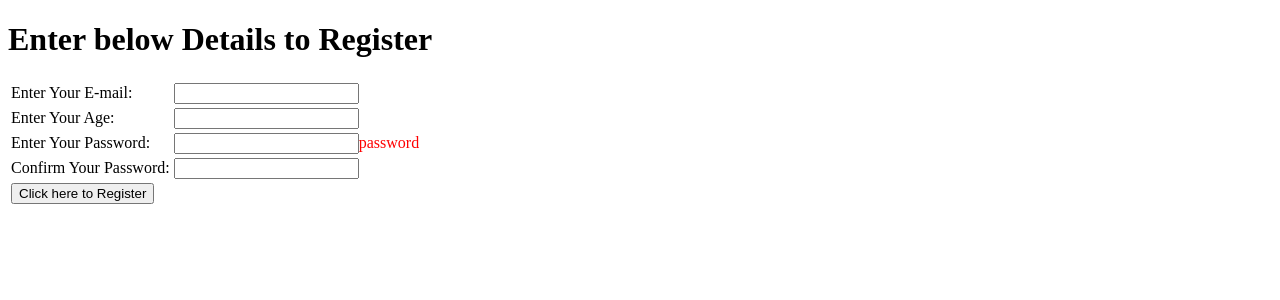
Repository: royalnavghans/JavaFullStackGit
Page: http://localhost/SpringAss2/WEB-INF/Register.jsp
These files come from the project's save history. The page is drawn as it stood at one moment and after the next save; the edit follows.
The browser window is 1280 px wide. The pictures show the whole page.
The page is served by Tomcat 9. Nobody is signed in. Other server files are loaded and not shown. The template is opened directly, without the code that normally fills it, so the values that code supplies are empty.

Above is the page before, as saved 2022-12-04 10:41:14.

### RoyalSpringProjects/RoyalSpringProjects/SpringAss2/src/main/webapp/WEB-INF/Register.jsp
<%@ page language="java" contentType="text/html; charset=ISO-8859-1"
	pageEncoding="ISO-8859-1"%>
<%@ taglib prefix="form" uri="http://www.springframework.org/tags/form"%>
<!DOCTYPE html>
<html>
<head>
<meta charset="ISO-8859-1">
<title>Insert title here</title>
</head>
<style type="text/css">
.error {
	color: red

}
.red{
color:red;}
</style>
<body>
	<h1>Enter below Details to Register</h1>
	<table>
		<tbody>
			<form:form action="validate" modelAttribute="cust">
				<tr>
					<td><form:label path="Email">Enter Your E-mail:</form:label></td>

					<td><form:input path="Email" /></td>
				</tr>
				<form:errors path="Email" cssClass="error" />
				<tr>
					<td><form:label path="Age">Enter Your Age:</form:label></td>

					<td><form:input path="Age" /></td>
				</tr>
				<form:errors path="Age" cssClass="error" />
				<tr>
					<td><form:label path="Password">Enter Your Password:</form:label></td>

					<td><form:input path="Password" /><span class="red">password</span></td>
				</tr>
				<form:errors path="Password" cssClass="error" />
				<tr>
					<td><form:label path="ConfrmPassword">Confirm Your Password: </form:label></td>

					<td><form:input path="ConfrmPassword" /></td>
				</tr>
				<form:errors path="ConfrmPassword" cssClass="error" />
				<tr>
					<td><input type="submit" value="Click here to Register"></td>
				</tr>
			</form:form>
		</tbody>
	</table>
</body>
</html>

After the next save:
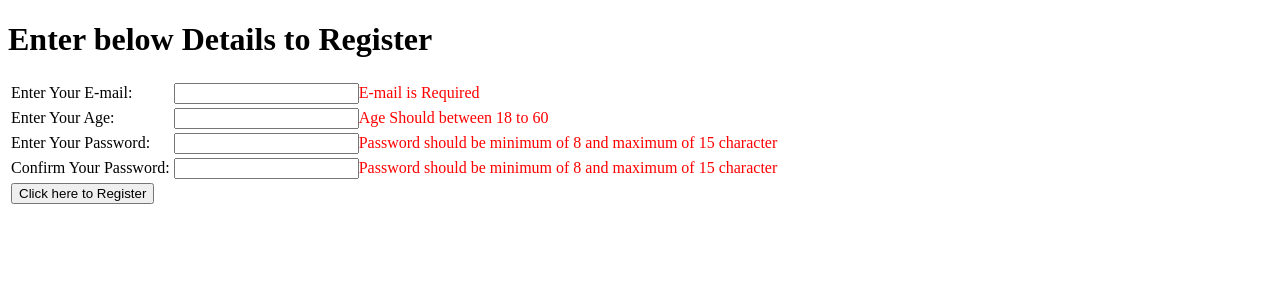
Saved 103 s later.
--- a/RoyalSpringProjects/RoyalSpringProjects/SpringAss2/src/main/webapp/WEB-INF/Register.jsp
+++ b/RoyalSpringProjects/RoyalSpringProjects/SpringAss2/src/main/webapp/WEB-INF/Register.jsp
@@ -23,25 +23,25 @@ color:red;}
 				<tr>
 					<td><form:label path="Email">Enter Your E-mail:</form:label></td>
 
-					<td><form:input path="Email" /></td>
+					<td><form:input path="Email" /><span class="red">E-mail is Required</span></td>
 				</tr>
 				<form:errors path="Email" cssClass="error" />
 				<tr>
 					<td><form:label path="Age">Enter Your Age:</form:label></td>
 
-					<td><form:input path="Age" /></td>
+					<td><form:input path="Age" /><span class="red">Age Should between 18 to 60 </span></td>
 				</tr>
 				<form:errors path="Age" cssClass="error" />
 				<tr>
 					<td><form:label path="Password">Enter Your Password:</form:label></td>
 
-					<td><form:input path="Password" /><span class="red">password</span></td>
+					<td><form:input path="Password" /><span class="red">Password should be minimum of 8 and maximum of 15 character</span></td>
 				</tr>
 				<form:errors path="Password" cssClass="error" />
 				<tr>
 					<td><form:label path="ConfrmPassword">Confirm Your Password: </form:label></td>
 
-					<td><form:input path="ConfrmPassword" /></td>
+					<td><form:input path="ConfrmPassword" /><span class="red">Password should be minimum of 8 and maximum of 15 character</span></td>
 				</tr>
 				<form:errors path="ConfrmPassword" cssClass="error" />
 				<tr>
